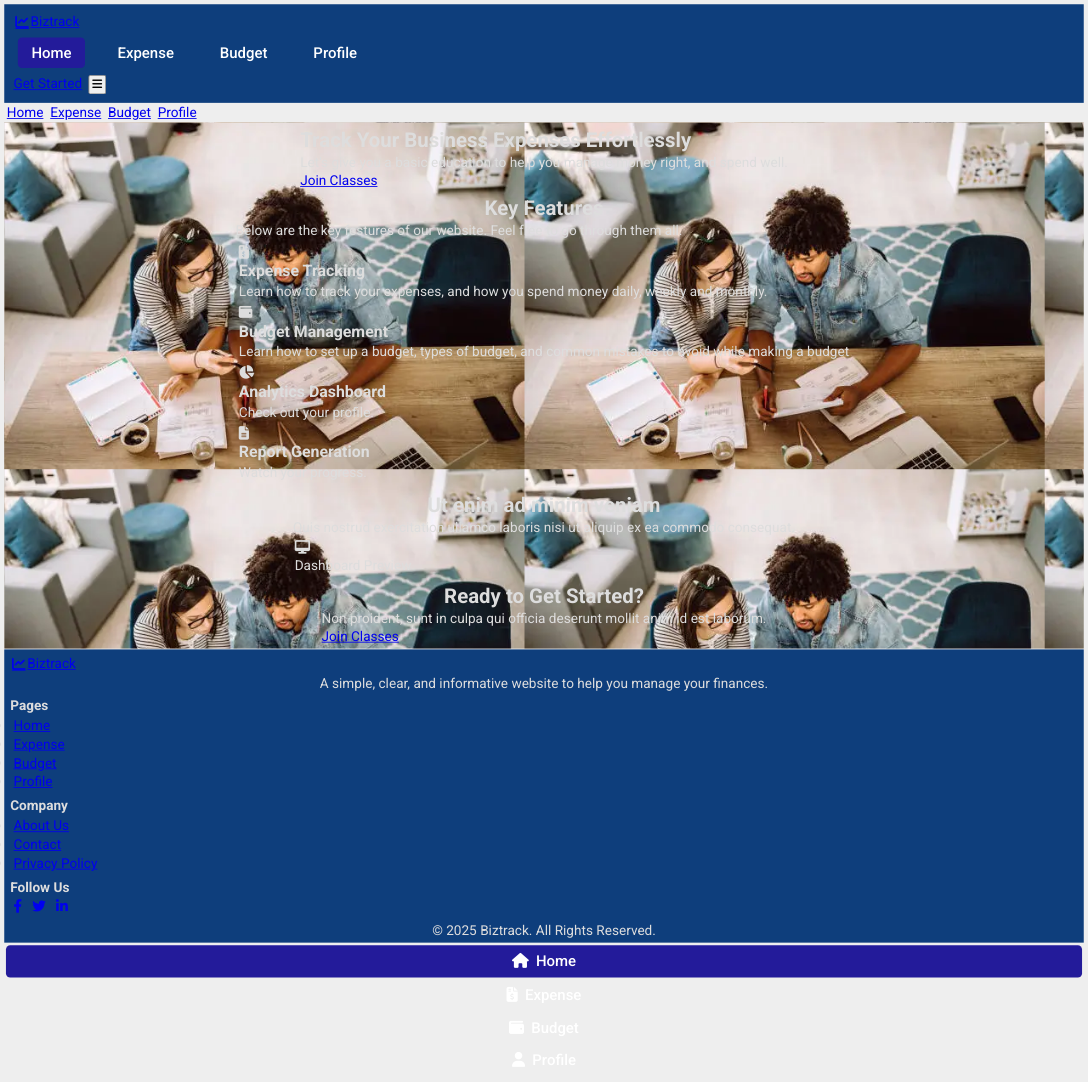
Repository: JoyUdoh106/wdd131
Page: project/index.html
These files come from the project's save history. The page is drawn as it stood at one moment and after the next save; the edit follows.
The browser window is 1280 px wide. The pictures show the whole page, at 85% of full size.

Above is the page before, as saved 2025-08-10 18:54:11.
Console error: TypeError: Cannot set properties of null (setting 'textContent')

### project/index.html
<!DOCTYPE html>
<html lang="en">
<head>
    <meta charset="UTF-8">
    <meta name="viewport" content="width=device-width, initial-scale=1.0">
    <title>BIZTRACK - Track Expense and Budget - HOME PAGE</title>
    <meta name="description" content="An informational website on tracking expenses and making budgets - Home page">
    <meta name="author" content="Joy Paulinus Udoh">

    <link rel="stylesheet" href="styles/project.css">
    <script src="scripts/project.js" defer></script>
    <link rel="stylesheet" href="styles/project-large.css">
    <link rel="stylesheet" href="https://cdnjs.cloudflare.com/ajax/libs/font-awesome/6.4.0/css/all.min.css">

    <link rel="preconnect" href="https://fonts.googleapis.com">
    <link rel="preconnect" href="https://fonts.gstatic.com" crossorigin>
    <link href="https://fonts.googleapis.com/css2?family=Merriweather:wght@300;400&family=Roboto:ital,wght@0,100..900;1,100..900&display=swap" rel="stylesheet">
</head>
<body>
    <header>
        <div class="container header-container">
            <a href="index.html" class="logo"><i class="fas fa-chart-line"></i> Biztrack</a>
            <nav class="main-nav">
                <ul class="nav-links">
                    <li><a href="index.html" class="nav-link active">Home</a></li>
                    <li><a href="expense.html" class="nav-link">Expense</a></li>
                    <li><a href="budget.html" class="nav-link">Budget</a></li>
                    <li><a href="profile.html" class="nav-link">Profile</a></li>
                </ul>
            </nav>
            <a href="#" class="btn btn-primary get-started-btn">Get Started</a>
            <button class="nav-toggle" id="nav-toggle-btn">
                <i class="fas fa-bars"></i>
            </button>
        </div>
    </header>

    <div class="mobile-nav" id="mobile-nav-menu">
        <a href="index.html" class="nav-link active">Home</a>
        <a href="expense.html" class="nav-link">Expense</a>
        <a href="budget.html" class="nav-link">Budget</a>
        <a href="profile.html" class="nav-link">Profile</a>
    </div>

    <main>
        <section class="hero-section">
            <div class="container">
                <h1>Track Your Business Expenses Effortlessly</h1>
                <p>Let's give you a basic education to help you manage money right, and spend well.</p>
                <a href="#" class="btn btn-primary">Join Classes</a>
            </div>
        </section>

        <section class="features-section">
            <div class="container">
                <h2>Key Features</h2>
                <p>Below are the key festures of our website. Feel free to go through them all.</p>
                <div class="features-grid">
                    <div class="feature-card reveal">
                        <i class="fas fa-file-invoice-dollar icon"></i>
                        <h3>Expense Tracking</h3>
                        <p>Learn how to track your expenses, and how you spend money daily, weekly and monthly.</p>
                    </div>
                    <div class="feature-card reveal">
                        <i class="fas fa-wallet icon"></i>
                        <h3>Budget Management</h3>
                        <p>Learn how to set up a budget, types of budget, and common mistakes to avoid while making a budget</p>
                    </div>
                    <div class="feature-card reveal">
                        <i class="fas fa-chart-pie icon"></i>
                        <h3>Analytics Dashboard</h3>
                        <p>Check out your profile.</p>
                    </div>
                    <div class="feature-card reveal">
                        <i class="fas fa-file-alt icon"></i>
                        <h3>Report Generation</h3>
                        <p>Watch your progress.</p>
                    </div>
                </div>
            </div>
        </section>

        <section class="preview-section">
            <div class="container">
                <h2>Ut enim ad minim veniam</h2>
                <p>Quis nostrud exercitation ullamco laboris nisi ut aliquip ex ea commodo consequat.</p>
                <div class="dashboard-preview reveal">
                    <i class="fas fa-desktop"></i>
                    <p>Dashboard Preview</p>
                </div>
            </div>
        </section>

        <section class="cta-section">
            <div class="container">
                <h2>Ready to Get Started?</h2>
                <p>Non proident, sunt in culpa qui officia deserunt mollit anim id est laborum.</p>
                <a href="#" class="btn btn-light">Join Classes</a>
            </div>
        </section>
    </main>
     <footer>
        <div class="container footer-container">
            <div class="footer-about">
                <a href="index.html" class="logo"><i class="fas fa-chart-line"></i> Biztrack</a>
                <p>A simple, clear, and informative website to help you manage your finances.</p>
            </div>
            <div class="footer-links">
                <h4>Pages</h4>
                <ul>
                    <li><a href="index.html">Home</a></li>
                    <li><a href="expense.html">Expense</a></li>
                    <li><a href="budget.html">Budget</a></li>
                    <li><a href="profile.html">Profile</a></li>
                </ul>
            </div>
            <div class="footer-links">
                <h4>Company</h4>
                <ul>
                    <li><a href="#">About Us</a></li>
                    <li><a href="#">Contact</a></li>
                    <li><a href="#">Privacy Policy</a></li>
                </ul>
            </div>
            <div class="footer-social">
                <h4>Follow Us</h4>
                <div class="social-icons">
                    <a href="#"><i class="fab fa-facebook-f"></i></a>
                    <a href="#"><i class="fab fa-twitter"></i></a>
                    <a href="#"><i class="fab fa-linkedin-in"></i></a>
                </div>
            </div>
        </div>
        <div class="footer-bottom">
            <p>&copy; 2025 Biztrack. All Rights Reserved.</p>
        </div>
    </footer>

    <nav class="mobile-bottom-nav">
        <a href="index.html" class="bottom-nav-link active">
            <i class="fas fa-home"></i>
            <span>Home</span>
        </a>
        <a href="expense.html" class="bottom-nav-link">
            <i class="fas fa-file-invoice-dollar"></i>
            <span>Expense</span>
        </a>
        <a href="budget.html" class="bottom-nav-link">
            <i class="fas fa-wallet"></i>
            <span>Budget</span>
        </a>
        <a href="profile.html" class="bottom-nav-link">
            <i class="fas fa-user"></i>
            <span>Profile</span>
        </a>
    </nav>

</body>
</html>

### project/styles/project.css
* {
    margin: 1px;
    padding: 1px;
    box-sizing: border-box;
}

body {
    font-family: 'Roboto' , sans-serif;
    background-color: #eee;
    color: #ddd;
    background-image: image;
}

header {
    background-color: #0e3e7c;
    display: flex;
    justify-content: space-between;
    align-items: center;
    padding: 7px;
}

header h1 {
    font-size: 1.3rem;
    font-family: 'Merriweather', serif;
}

main {
    background-image: url(../images/project-hero-image.webp);
    justify-items: center;
}

.logo {
    display: flex;
}

nav {
    display: none;
}

#menu-button {
    font-size: 1.7rem;
    background: none;
    border: none;
    color: white;
    cursor: pointer;
}

nav {
    display: none;
}

nav.open {
    display: block;
    position: absolute;
    top: 65px;
    left: 0;
    width: 100%;
    background-color: #310f5e;
}

nav ul {
    list-style-type: none;
    display: flex;
    flex-direction: column;
}

nav a {
    display: block;
    color: white;
    text-align: center;
    padding: 1rem;
    text-decoration: none;
    font-size: 1.1rem;
    font-weight: 500;
}

nav a:hover, nav a.active {
    background-color: #231b9a;
}

#infor {
    color: white;
    background-color: rgba(5, 39, 114, 0.562);
    margin: 4px;
    padding: 1px;
}

.morquee-button {
    background-color: rgb(4, 107, 138);
    border-radius: 6px;
    border: rgba(93, 17, 138, 0.3);
    padding: 5px;
    color: #ddd;
    font-family: 'Roboto', sans-serif;
}

.section {
    color: white;
}

.project-home {
    width: 90%;
    background-color: rgba(8, 19, 165, 0.5);
    margin-left: auto;
    margin-right: auto;
    padding: 10px;
    margin: 2px 5px;
    border: rgba(74, 226, 231, 0.5);
    border-radius: 6px;
    max-width: 700px;
}

h2 {
    text-align: center;
}

ol {
     list-style-type: none;
}

footer {
    background-color: #0e3e7c;
}

.footer {
    display: flex;
    justify-content: space-between;
    align-items: center;
    padding: 10px 20px;
}

footer p {
    text-align: center;
}

.sociallinks {
    display: flex;
    gap: 10px;
}

.sociallinks a img {
    width: 50px;
    height: auto;
    text-decoration: none;
}

.sociallinks a {
    text-decoration: none;
}

### project/scripts/project.js
document.addEventListener('DOMContentLoaded', () => {

    const currentYearSpan = document.getElementById('current-year');
    const currentYear = new Date().getFullYear();
    currentYearSpan.textContent = currentYear;

    const lastModifiedSpan = document.getElementById('last-modified');
    const lastModified = document.lastModified;
    lastModifiedSpan.textContent = lastModified;

    const menuButton = document.getElementById('menu-button');
    const nav = document.querySelector('nav');

    menuButton.addEventListener('click', () => {
        nav.classList.toggle('open');
        if (nav.classList.contains('open')) {
            menuButton.textContent = 'X';
        } else {
            menuButton.textContent = '☰';
        }
    });

});

### project/styles/project-large.css
@media (min-width: 768px) {
    #menu-button {
        display: none;
    }

    nav {
        display: block;
        position: static;
        width: auto;
        background-color: transparent;
    }

    nav ul {
        flex-direction: row;
        gap: 1rem;
    }

    nav a {
        padding: 0.5rem 1rem;
        border-radius: 5px;
    }

    #infor {
        padding: 7px;
        margin: 10px;
    }

    .project-home {
        max-width: 1600px;
    }

}

After the next save:
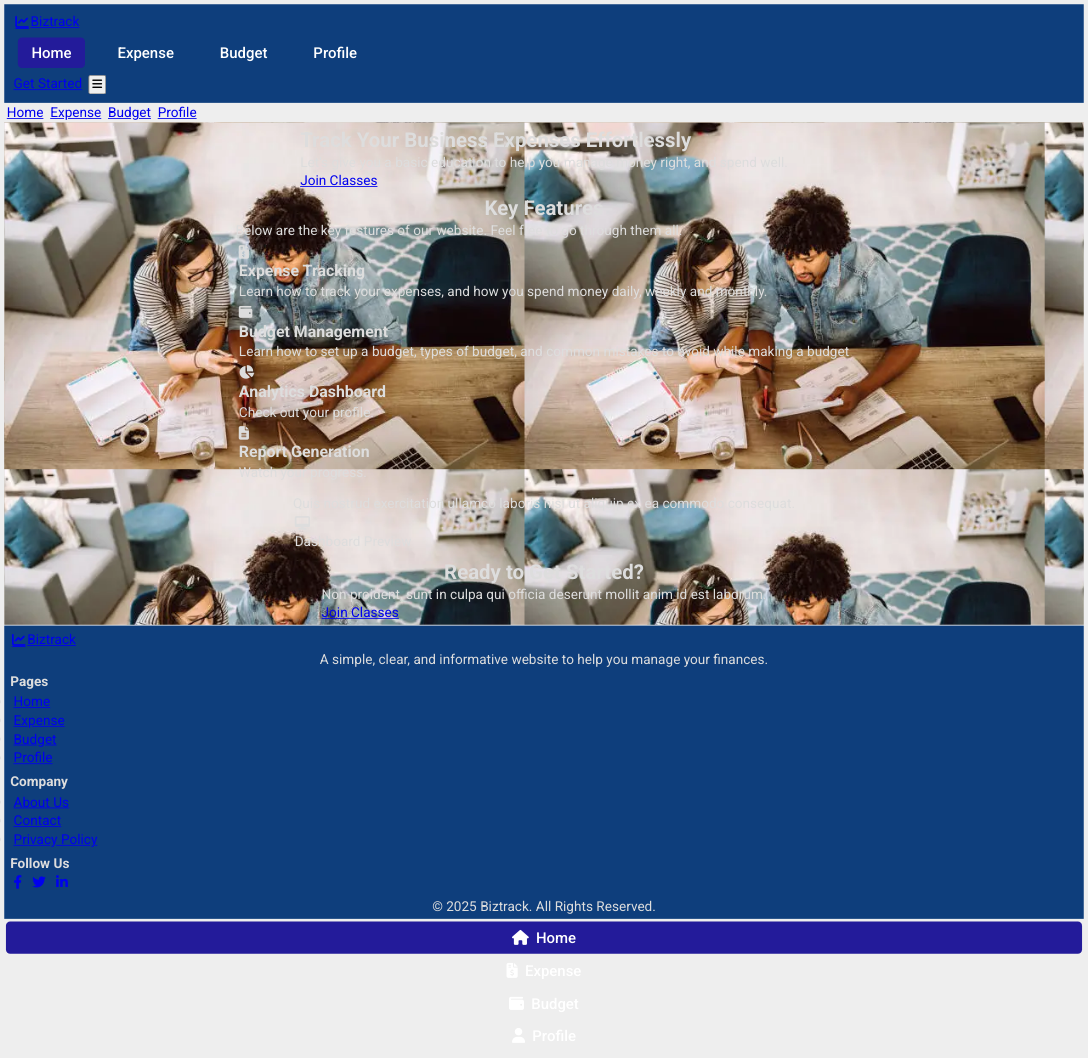
Saved 10 s later.
--- a/project/index.html
+++ b/project/index.html
@@ -82,7 +82,7 @@
 
         <section class="preview-section">
             <div class="container">
-                <h2>Ut enim ad minim veniam</h2>
+                <h2></h2>
                 <p>Quis nostrud exercitation ullamco laboris nisi ut aliquip ex ea commodo consequat.</p>
                 <div class="dashboard-preview reveal">
                     <i class="fas fa-desktop"></i>

After the save that followed:
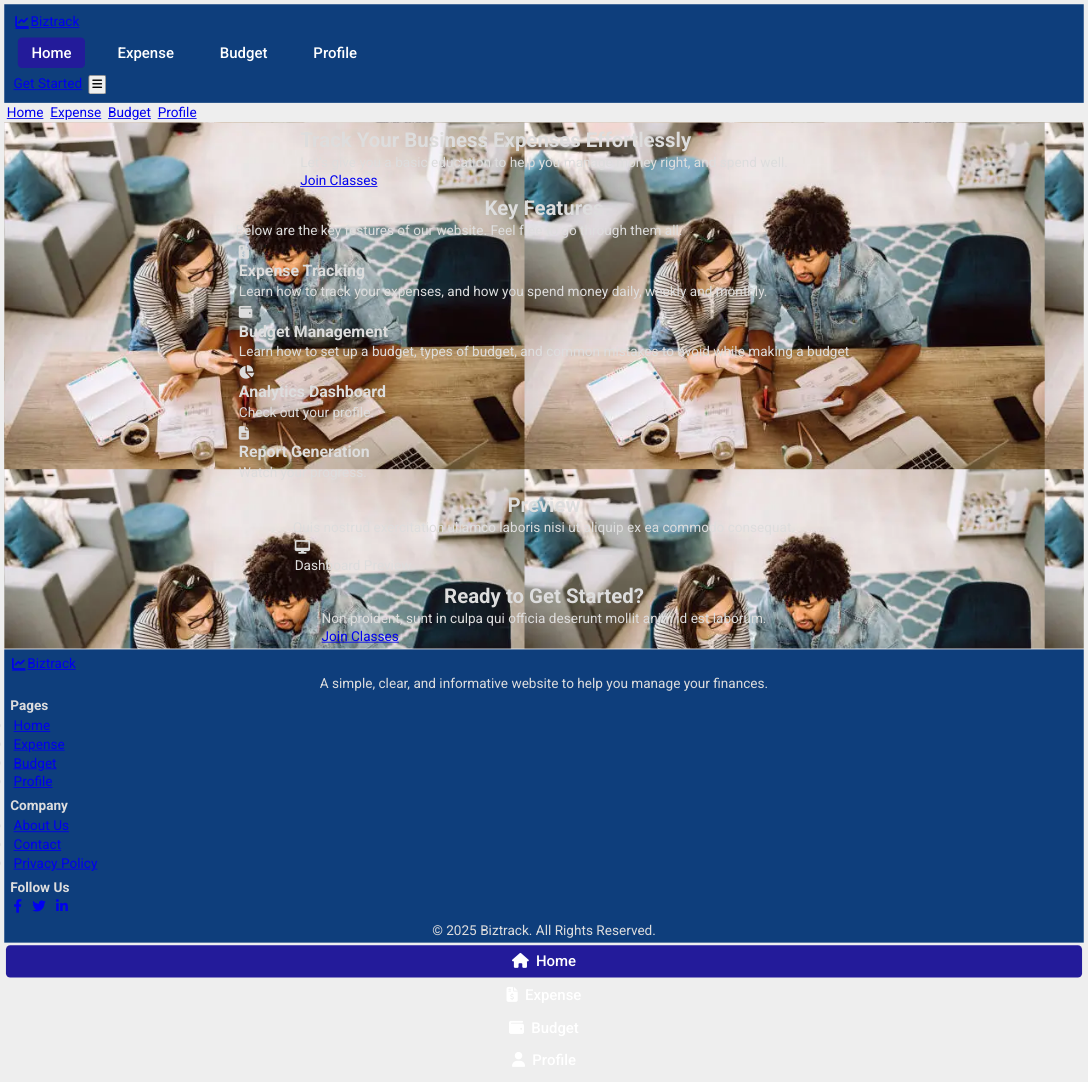
Saved 9 s later.
--- a/project/index.html
+++ b/project/index.html
@@ -82,7 +82,7 @@
 
         <section class="preview-section">
             <div class="container">
-                <h2></h2>
+                <h2>Preview</h2>
                 <p>Quis nostrud exercitation ullamco laboris nisi ut aliquip ex ea commodo consequat.</p>
                 <div class="dashboard-preview reveal">
                     <i class="fas fa-desktop"></i>
